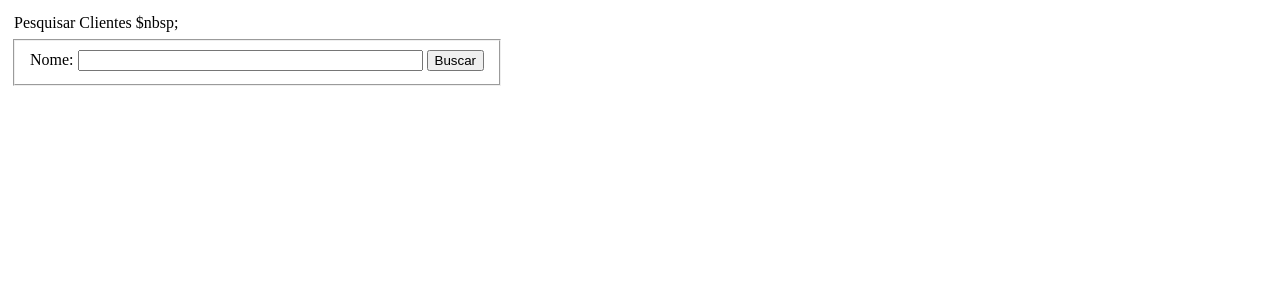
Repository: GabrielGGhost/EstudoJavaAW1-AW2
Page: http://localhost/estudo9/
These files come from the project's save history. The page is drawn as it stood at one moment and after the next save; the edit follows.
The browser window is 1280 px wide. The pictures show the whole page.
The page is served by Tomcat 9.

Above is the page before, as saved 2020-10-22 23:30:28.

After the next save:
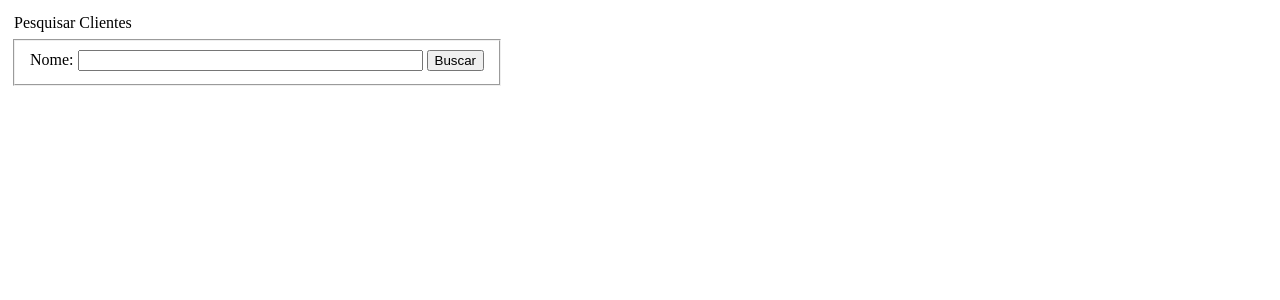
Saved 64 s later.
--- a/estudo9/WebContent/jsp/buscaCliente.jsp
+++ b/estudo9/WebContent/jsp/buscaCliente.jsp
@@ -15,7 +15,7 @@
 						<table>
 							<tr>
 								<td class="coluna1">Pesquisar Clientes</td>
-								<tD>$nbsp;</tD>
+								<tD>&nbsp;</tD>
 							</tr>
 						</table>
 					</td>
